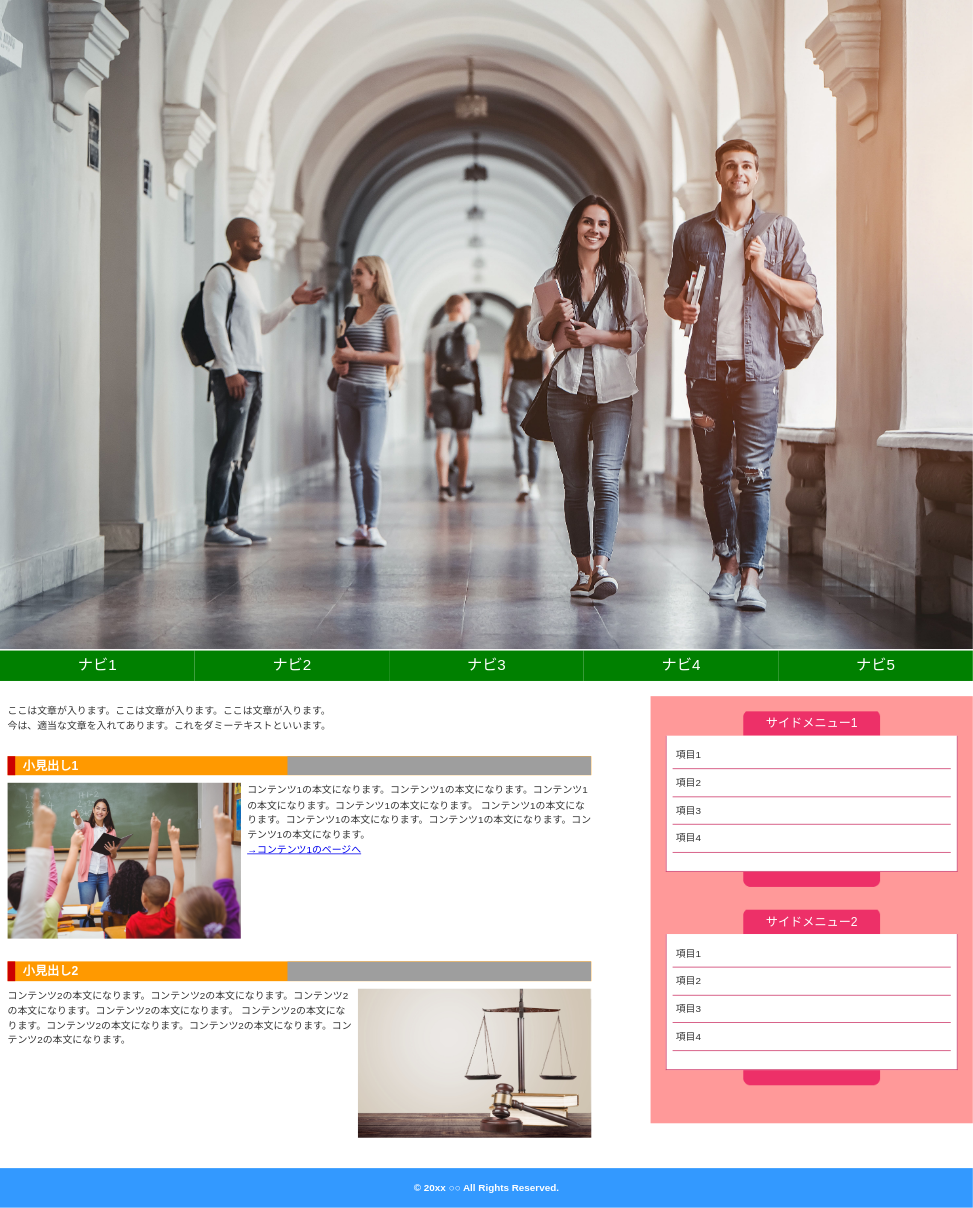
Repository: Taketorimonogatari/sumurai_HTML_CSS
Page: Link/home.html
The author's editor kept a record of every edit. The page is drawn from the files as they stood at one moment, then again after the next edit.
The browser window is 1280 px wide. The pictures show the whole page, at 76% of full size.
The pointer rests on the first visible `#side .box .boxBody ul li`.
Pictures or frames that could not be fetched are drawn as grey boxes.

Above is the page before.

### Link/home.html
<!DOCTYPE html>
<html lang="ja">
    <head>
        <meta charset="UTF-8">
        <title>HTML/CSSの学習</title>
        <link rel="stylesheet" href="stylesheet.css">
    </head>
    <body>
        <div id="header">
            <h1><a href="index.html"><img id="corridor" src="images/corridor.jpg" alt="大学の廊下" /></a></h1>
        </div>
        <div id="wrapper">
            <div id="nav">
                <ul>
                    <li><a href="home.html">ナビ1</a></li>
                    <li><a href="#">ナビ2</a></li>
                    <li><a href="#">ナビ3</a></li>
                    <li><a href="#">ナビ4</a></li>
                    <li><a href="#">ナビ5</a></li>
                </ul>
            </div>
            <div id="container">
                <div id="main">
                    <div class="post">
                        <p>ここは文章が入ります。ここは文章が入ります。ここは文章が入ります。<br />今は、適当な文章を入れてあります。これをダミーテキストといいます。</p>
                    </div>
                    <div class="post clearfix">
                        <h2>小見出し1</h2>
                        <img class="left" src="images/classroom.jpg" alt="授業風景" />
                        <p>
                            コンテンツ1の本文になります。コンテンツ1の本文になります。コンテンツ1の本文になります。コンテンツ1の本文になります。
                            コンテンツ1の本文になります。コンテンツ1の本文になります。コンテンツ1の本文になります。コンテンツ1の本文になります。
                        </p>
                        <p><a href="#">→コンテンツ1のページへ</a></p>
                    </div>
                    <div class="post clearfix">
                        <h2>小見出し2</h2>
                        <img class="right" src="images/scale.jpg" alt="天秤" />
                        <p>
                            コンテンツ2の本文になります。コンテンツ2の本文になります。コンテンツ2の本文になります。コンテンツ2の本文になります。
                            コンテンツ2の本文になります。コンテンツ2の本文になります。コンテンツ2の本文になります。コンテンツ2の本文になります。
                        </p>
                    </div>
                </div>
            </div>
            <div id="side">
                <div class="box">
                    <h2>サイドメニュー1</h2>
                    <div class="boxBody">
                        <ul>
                            <li>項目1</li>
                            <li>項目2</li>
                            <li>項目3</li>
                            <li>項目4</li>
                        </ul>
                    </div>
                </div>
                <div class="box">
                    <h2>サイドメニュー2</h2>
                    <div class="boxBody">
                        <ul>
                            <li>項目1</li>
                            <li>項目2</li>
                            <li>項目3</li>
                            <li>項目4</li>
                        </ul>
                    </div>
                </div>
            </div>
        </div>
        <div id="footer">
            <p>&copy; 20xx ○○ All Rights Reserved.</p>
        </div>
    </body>
</html>

### Link/stylesheet.css
@charset "utf-8";

body {
	margin: 0;
	padding: 0;
	font-family: "ヒラギノ角ゴ Pro W3", "Hiragino Kaku Gothic Pro", "メイリオ", Meiryo, Osaka, "ＭＳ Ｐゴシック", "MS PGothic", sans-serif;
	color: #333;
	font-size: 13px;
	line-height: 150%;
}

/* -------------------- wrapper -------------------- */
#wrapper {
	width: 100%;
	margin: auto;
	padding: 0px;
	border: 0px;
	background-color: #FFF;
	top: 10px;
}

/* -------------------- header -------------------- */
#header {
	width: 100%;
}
#header h1 {
	margin: 0;
	padding: 0;
}

#corridor {
	width: 100%;
	height: auto;
}

/* -------------------- footer -------------------- */
#footer {
	clear: both;
	width: 100%;
	padding: 3px 0 3px 0;
	background: #39F;
	color: #FFF;
	font-weight: bold;
	text-align: center;
}

/* -------------------- nav -------------------- */
#nav {
	width: 100%;
}
#nav ul {
	margin: 0;
	padding: 0;
	list-style-type: none;
}
#nav ul li {
	float: left;
	width: 20%;
	text-align: center;
}
#nav ul li a {
	display: block;
	height: 20px;
	margin: 0;
	padding: 10px;
	color: #FFF;
	font-size: 20px;
	text-decoration: none;
	background-color: green;
}

#nav ul li a:hover{
	filter:drop-shadow(10px 10px 10px black);
}

/* -------------------- container -------------------- */
#container {
	width: 100%;
	margin: auto ;
	padding: auto;
	padding-top: 20px;
	clear: both;
}
/* -------------------- main -------------------- */
#main {
	float: left;
	width: 60%;
	padding: 10px 30px 10px 10px;
}
#main h2 {
	margin: 0 0 10px 0;
	padding: 3px 10px 3px 10px;
	color: #FFF;
	font-size: 16px;
	border-left: solid 10px #C00;
	background: #F90 url(../images/main_h2.jpg) right top repeat-y;
}
#main p {
	margin: 0;
	padding: 0;
}
#main .post {
	margin: 0 0 30px 0;
}

#main .post img.right {
	margin: 0 0 0 8px;
}
#main .post img.left {
	margin: 0 8px 0 0;
}

.right {
	float: right;
	width: 40%;
	height: auto;
}
.left {
	float: left;
	width: 40%;
	height: auto;
}

/* -------------------- clearfix -------------------- */
.clearfix {
	zoom: 1;
}
.clearfix:after{
	content: "";
	display: block;
	clear: both;
}

/* -------------------- side -------------------- */
#side {
	float: right;
	width: 30%;
	padding: 20px;
	background-color: #F99;
}
#side .box {
	margin: 0 auto 30px auto;
	padding: 0 0 20px 0;
	background: url(images/side_box.png) bottom no-repeat;
}
#side .box h2 {
	margin: 0;
	padding: 8px;
	text-align: center;
	color: #fff;
	font-size: 16px;
	line-height: 16px;
	font-weight: normal;
	background: url(images/side_box_h2.png) center no-repeat;
}
#side .box .boxBody {
	padding: 8px;
	border-right: solid 1px #C36;
	border-bottom: solid 1px #C36;
	border-left: solid 1px #C36;
	background: #fff;
}
#side .box .boxBody ul {
	margin: 0 0 16px 0;
	padding: 0;
}
#side .box .boxBody ul li {
	padding: 8px 0 8px 4px;
	list-style: none;
	border-bottom: solid 1px #C36;
}

After the next edit:
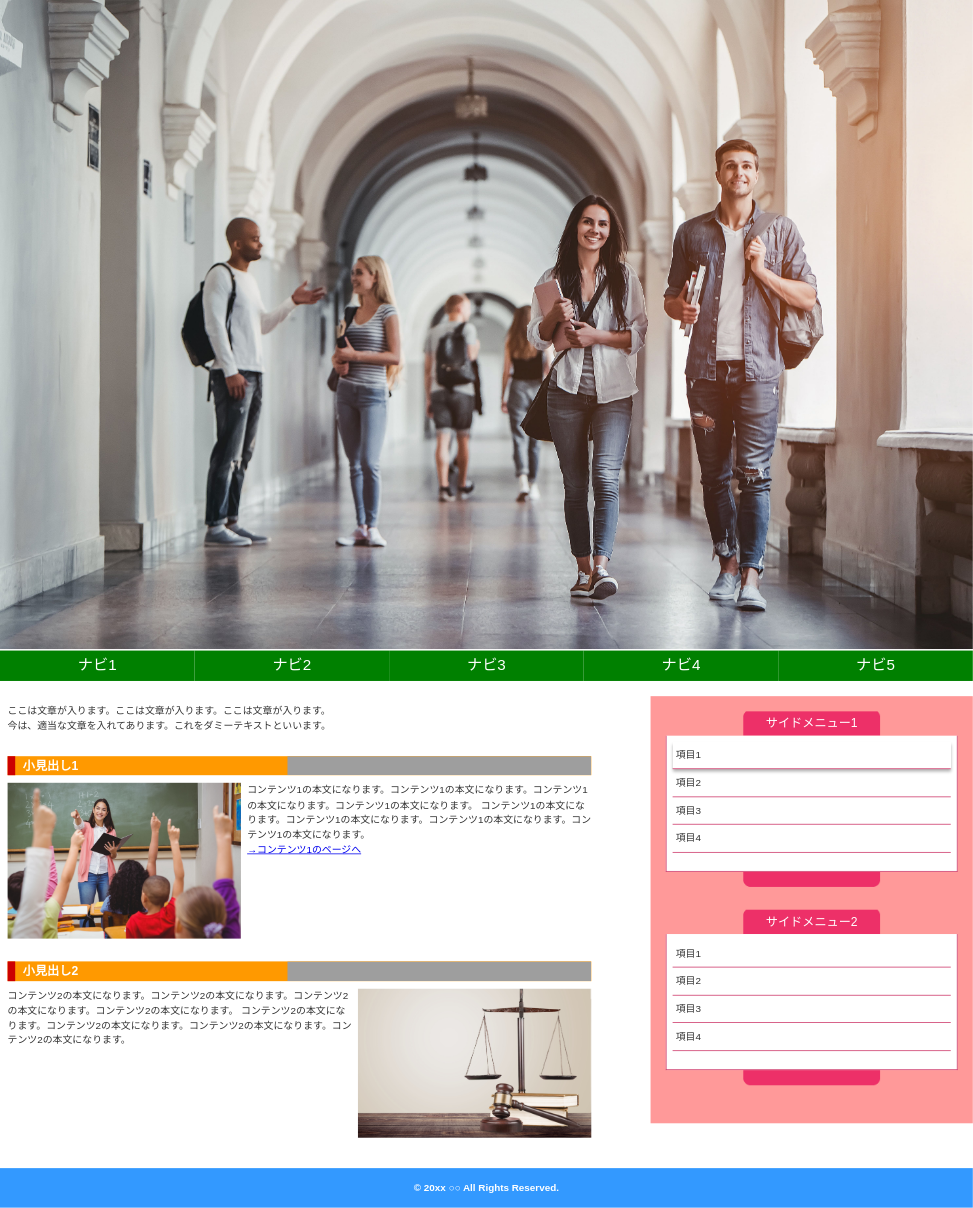
The edit:
--- a/Link/stylesheet.css
+++ b/Link/stylesheet.css
@@ -169,3 +169,10 @@
 	list-style: none;
 	border-bottom: solid 1px #C36;
 }
+
+#side .box .boxBody ul li:hover{
+	padding:8px o 8px 4px;
+	list-style:none;
+	border-bottom:solid 1px #C36;
+	box-shadow:0 4px 4px rgba(0,0,0,0.3);
+}
